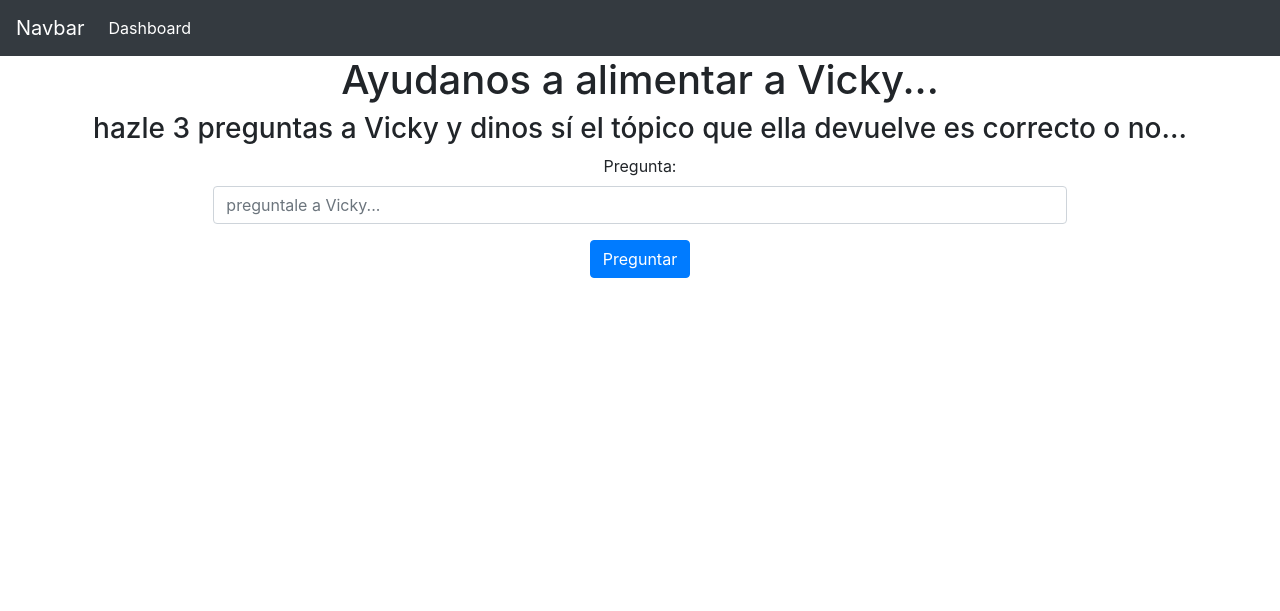
Repository: Crixtiancub/feedback_Vicky
Page: http://localhost/
The author's editor kept a copy of each file at every save. The page is drawn from the files as they stood at one save, then again after the next save.
The browser window is 1280 px wide. The pictures show the whole page.
The page is served by the project's application, run on Django 3.2 (manage.py).

Above is the page before, as saved 2021-05-10 17:34:00.

After the next save:
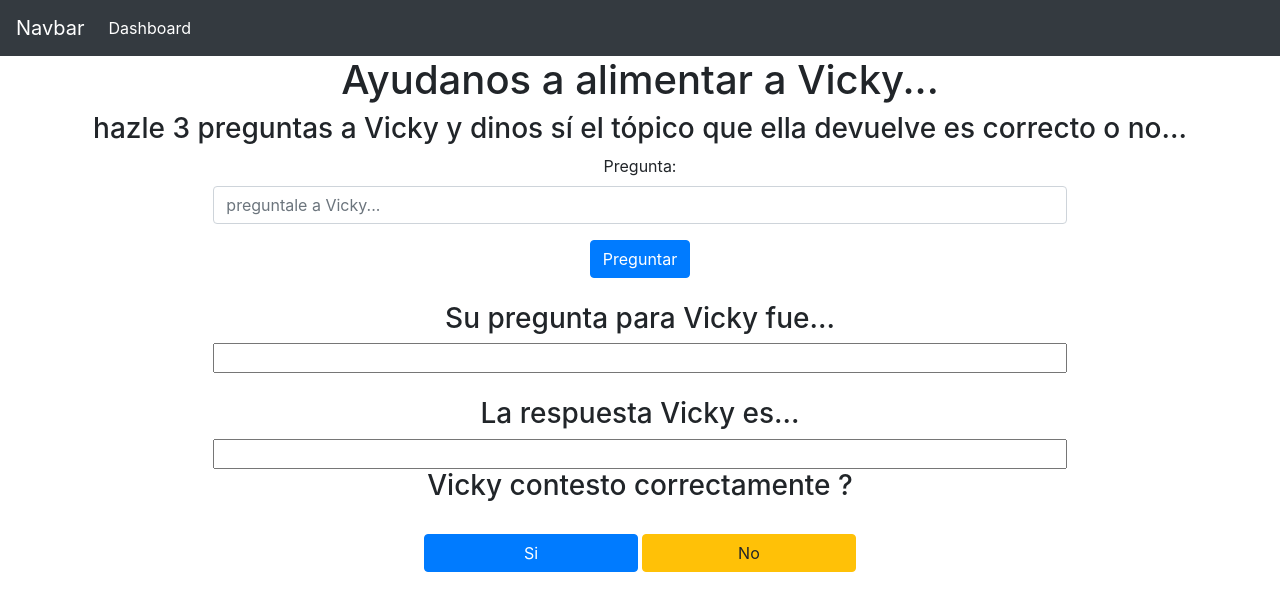
Saved 53 s later.
--- a/vicky/templates/dashboard.html
+++ b/vicky/templates/dashboard.html
@@ -32,7 +32,7 @@
 
     <br>
 
-    <!-- <div id="target" v-if="checkForm">
+    <div id="target" v-if="checkForm">
         <form method="POST">
             {% csrf_token%}
 
@@ -51,7 +51,7 @@
             <input type="submit" class="col-sm-2 btn btn-primary" id="responder_Si" value="Si" name="Si" >
             <input type="submit" class="col-sm-2 btn btn-warning" id="responder_No" value="No" name="No" >
         </form>
-    </div> -->
+    </div>
 
 </center>
 
